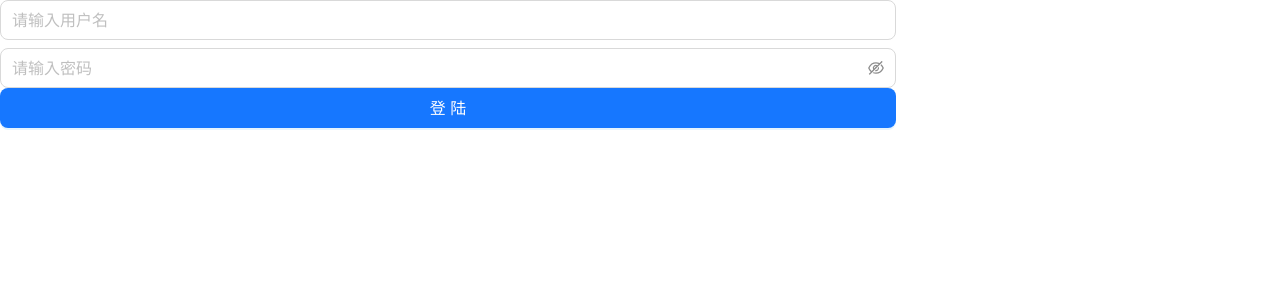
Repository: wujieli0207/tiny-flash-card
Page: /#/login
The author's editor kept a copy of each file at every save. The page is drawn from the files as they stood at one save, then again after the next save.
The browser window is 1280 px wide. The pictures show the whole page.
The project was rebuilt for these pictures with package versions that can differ from the ones it lists, and the page was loaded fresh each time. Also part of the build but not shown: vite.config.ts.

Above is the page before, as saved 2023-06-11 18:22:47.

After the next save:
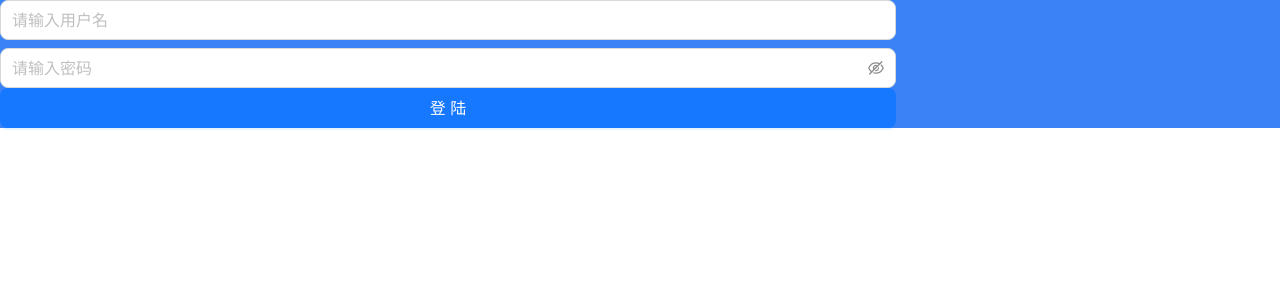
Saved 54 s later.
--- a/src/client/pages/login.tsx
+++ b/src/client/pages/login.tsx
@@ -29,7 +29,7 @@ const Login = () => {
   }
 
   return (
-    <>
+    <div className="bg-blue-500">
       <PageTitle title="登陆" />
 
       <div className="w-[70%]">
@@ -63,7 +63,7 @@ const Login = () => {
           登 陆
         </Button>
       </div>
-    </>
+    </div>
   )
 }
 
